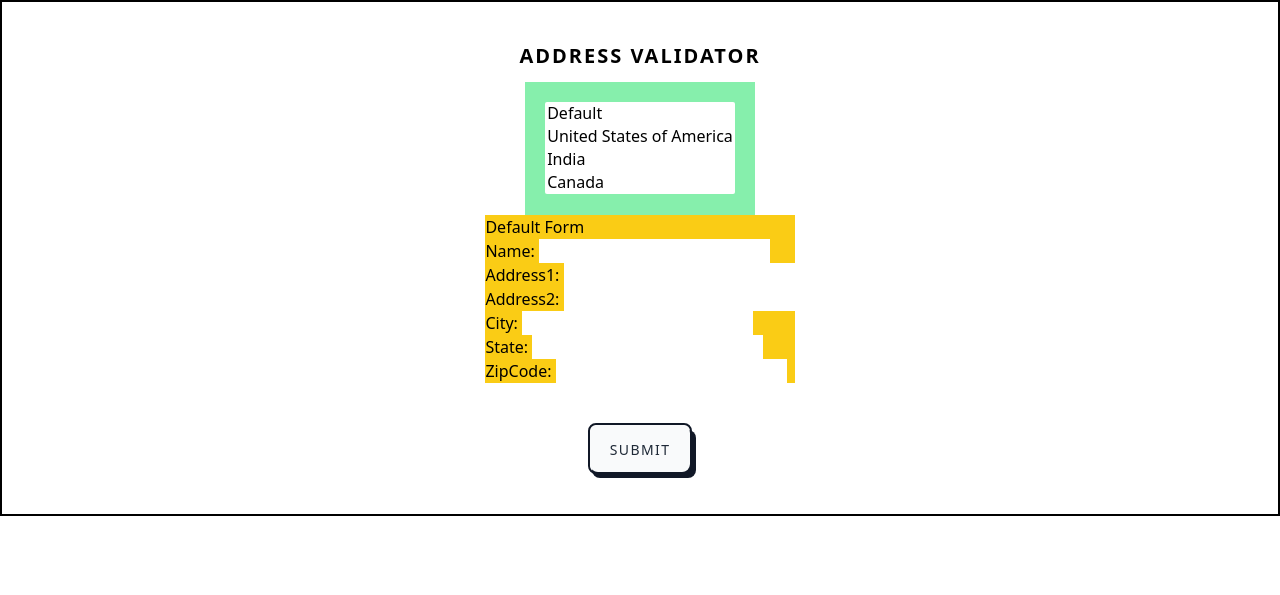
Repository: jay-singhvi/SWArchDesign_TeamProject
Page: / (app in frontend/address-validation/)
The author's editor kept a copy of each file at every save. The page is drawn from the files as they stood at one save, then again after the next save.
The browser window is 1280 px wide. The pictures show the whole page.
The project was rebuilt for these pictures with package versions that can differ from the ones it lists, and the page was loaded fresh each time. Also part of the build but not shown: frontend/address-validation/src/App.css.

Above is the page before, as saved 2023-03-07 14:55:49.

After the next save:
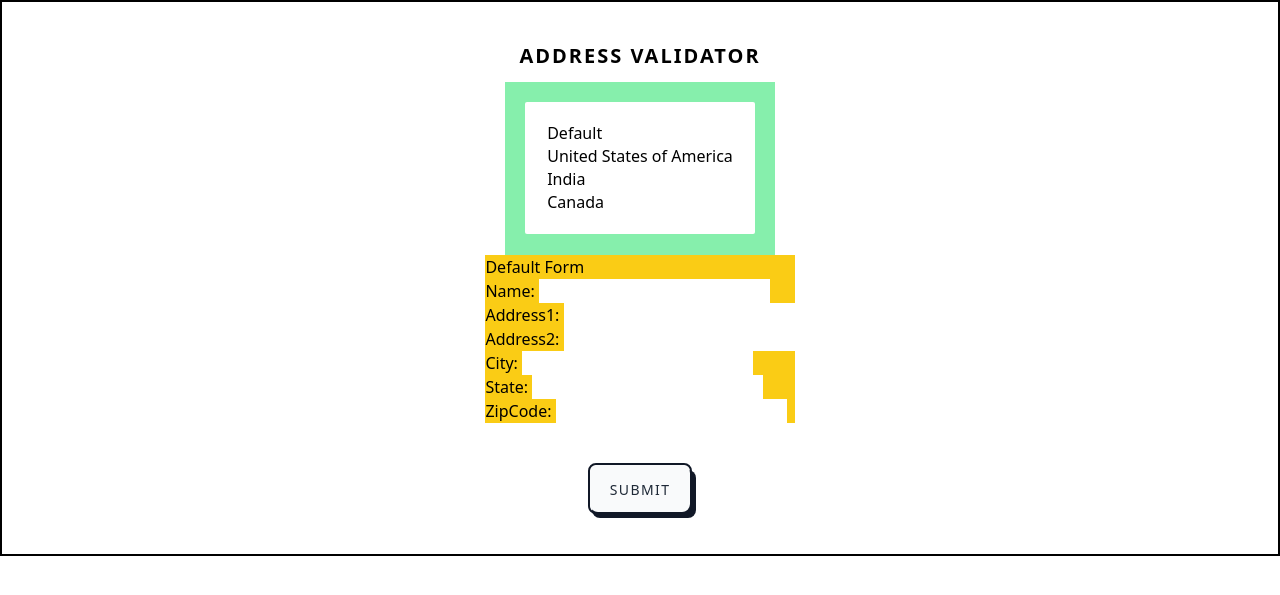
Saved 15 s later.
--- a/frontend/address-validation/src/App.js
+++ b/frontend/address-validation/src/App.js
@@ -155,7 +155,7 @@ function App() {
           Address Validator
         </h1>
         <div className=" bg-green-300 mt-3 p-5">
-          <select className=" cursor-pointer" multiple value={countryList} onChange={handleSelectedCountry}>
+          <select className=" cursor-pointer p-5" multiple value={countryList} onChange={handleSelectedCountry}>
             {countries.map((country) => (
               <option key={country.name} value={country.name}>
                 {country.name}
